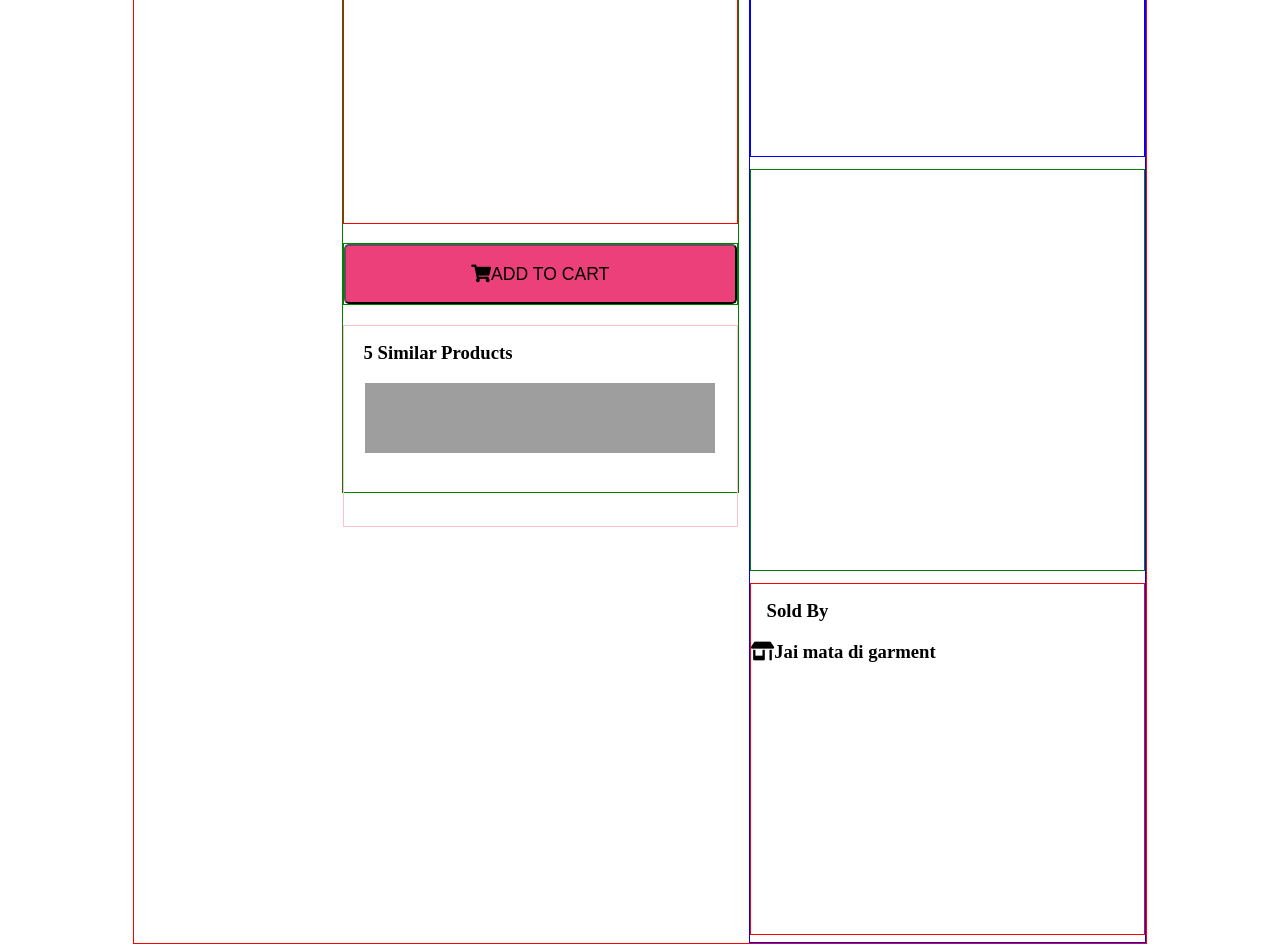
Repository: deepakxxxx/meesho
Page: catelog.html
These files come from the project's save history. The page is drawn as it stood at one moment and after a run of saves; the edit follows.
The browser window is 1280 px wide. The pictures show the part of the page from y = 419 to 1371 px (the page is 1371 px tall).
Pictures or frames that could not be fetched are drawn as grey boxes. A picture or video elsewhere on the page could not be fetched, so the positions and the page height are approximate.

Above is the page before, as saved 2021-11-06 17:42:55.

### catelog.html
<!DOCTYPE html>
<html lang="en">
<head>
    <meta charset="UTF-8">
    <meta http-equiv="X-UA-Compatible" content="IE=edge">
    <meta name="viewport" content="width=device-width, initial-scale=1.0">
    <link rel="stylesheet" href="https://use.fontawesome.com/releases/v5.15.4/css/all.css" integrity="sha384-DyZ88mC6Up2uqS4h/KRgHuoeGwBcD4Ng9SiP4dIRy0EXTlnuz47vAwmeGwVChigm" crossorigin="anonymous">
    <title>Document</title>
</head>
<style>
      #main{
        width: 100%;
        height: 136px;
        border: 1px solid white;
        margin: auto;
        /* position: fixed; */
    }
    #top{
        width: 100%;
        height: 70px;
        /* border: 1px solid red; */
        display: flex;

    }
    #left{
        display: flex;
        width: 55%;
    }
    #meesho{
      text-decoration: none;
      font-size: 50px;
      color: #F06292;
      font-weight: bold;
      margin-left: 25%;
      margin-top: 1%;
      /* margin-right: 0px; */
    }
    #search{
        /* margin-left: 30%; */
        height: 60px;
        width: 400px;
        border-radius: 6px;
        margin-top: 1%;
        /* margin-left: 0px; */
        border: 1px solid #BDBDBD;
        font-size: 90%;
        /* margin-right: 60%; */
    }
    #right{
        display: flex;
        list-style-type: none;
        column-gap: 30px;

    }
    #rightmain{
        width: 45%;
        margin-right: 6%;
        /* margin-top: 9px; */
    }
    #app{
        text-decoration: none;
        margin-left: 10px;
        margin-top: 9px;
        font-size: 103%;
        color: black;
    }
    #supp{
        text-decoration: none;
        margin-top: 9px;
        font-size: 103%;
        color: black;
    }
    #profile{
        text-decoration: none;
        font-size: 103%;
        color: black;
    }
    #cart{
        text-decoration: none;
        font-size: 103%;
        color: black;
    }
    #app:hover{
        color: #EC407A;
        text-decoration: underline;
    }
    #profile:hover{
        color: #EC407A;
        text-decoration: underline;
    }
    .line1{
        height: 30px;
    }
    .line2{
        color: #BDBDBD;
    }
    #heading
    {
        width: 73%;
        margin:  5% auto auto auto ;
        display: grid;
        grid-template-columns: 23% 54% 23%;
        padding: 1%;
        position: sticky;
    }
    #topic{
        margin-top:-15px;
        text-align: center;
    }
    #collection{
        display: flex;
        margin-left: 2%;
        list-style-type: none;
        font-size: 105%;
        column-gap: 63px;

    }
    ul > a{
        text-decoration: none;
        color: black;
    }
    ul > a :hover{
        color: #EC407A;
        /* text-decoration: underline; */
    }
    #container{
        width: 80%;
        border: 1px solid red;
        margin: auto;
        display: flex;
        margin-top: 1%;
        column-gap: 1%;
    }
    #smallImg{
        width: 20%;
        /* border: 1px solid blue; */
        height: 300px;
    }
    #bigImg{
        width: 40%;
        border: 1px solid green;
        height: 750px;
    }
    #descr{
        width: 40%;
        border: 1px solid blue;
        height: 1200px;
    }
    .product_sneek_peek{
        width: 70px;
        height: 70px;
        border: 1px solid red;
        margin-left: 69%;
        border-radius: 5px;
    }
    #imgDi{
        width: 99.5%;
        height: 480px;
        border: 1px solid red;
    }
    #addto{
        width: 99.5%;
        height: 60px;
        border: 1px solid green;
        margin-top: 5%;
    }
    #addto > button{
        width: 100%;
        height: 100%;
        background-color: #EC407A;
        font-size: 110%;
        border-radius: 5px;
    }
    #similar{
        width: 99.5%;
        height: 200px;
        border: 1px solid pink;
        margin-top: 5%;
    }
    #deta{
        width: 99.5%;
        height: 200px;
        border: 1px solid red;
    }
    #sizes{
        width: 99.5%;
        height: 200px;
        border: 1px solid blue;
        margin-top: 3%;
    }
    #infor{
        width: 99.5%;
        height: 400px;
        border: 1px solid green;
        margin-top: 3%;
    }
    #deler{
        width: 99.5%;
        height: 350px;
        border: 1px solid red;
        margin-top: 3%;
    }
    #similar > h3{
        margin-left: 5%;
        margin-top: 4%;
    }
    #simimg{
        display: flex;
        justify-content: center;
    }
    #simimg > img{
        width: 70px;
        height: 70px;
    }
    #deler > h3{
        margin-top: 4%;
        margin-left: 4%;
    }
</style>
<body>
    <div id="main">

        <div id="top">
            <div id="left">
             <span><a href="" id="meesho"><img src="https://cdn.hevodata.com/customer/logo/8c76f62bd88177a78bb6e2810a244446.png" alt="" rel = "icon" width="40%"></span></a>
             <span><input type="search" id="search" placeholder="Try Saree,Kurti or Search by Product Code"> </span>
            </div>
            <div id="rightmain">
                <ul id="right">
                    <div id="app">
                      <li><a href="" id="app"><i class="fas fa-mobile-alt"></i></a><a href="" id="app">Download App</a></li>

                    </div>
                    <hr class="line1">
                    <div id="supp">
                      <li><a href="" id="supp">Become a Supplier</a></li>

                    </div>
                    <hr class="line1">
                    <div>
                       <a href="" id="profile"><i class="far fa-user"></i></a>
                      <li><a href="" id="profile">Profile</a></li>
                    </div>

                    <hr class="line1">
                    <div>
                      <a href="" id="cart"><i class="fas fa-shopping-cart"></i></a>
                      <li><a href="" id="cart">Cart</a></li></li>
                    </div>

                </ul>
            </div>
        </div>

        <hr class="line2">
        <div id="secondLine">
        <ul id="collection">
            <a href="" class="same"><li>Women Ethnic</li></a>

            <a href="" class="same"><li>Women Western</li></a>

            <a href="" class="same"><li>Jewellery & Accessories</li></a>
            <a href="" class="same"><li>Men</li></a>
            <a href="" class="same"><li>Beauty & Health</li></a>
            <a href="" class="same"><li>Bags & Footwear</li></a>
            <a href="" class="same"><li>Home & Kitchen</li></a>
            <a href="" class="same"><li>Kids</li></a>
            <a href="" class="same"><li>Electronics</li></a>
        </ul>
      </div>
      <hr class="line2">
    </div>

    <div id="container">
        <div id="smallImg">
            <div class="product_sneek_peek">

            </div>
        </div>
        <div id="bigImg">
            <div id="imgDi">

            </div>
            <div id="addto">
                <button><i class="fas fa-shopping-cart"></i>ADD TO CART</button>
            </div>
            <div id="similar">
            <h3>5 Similar Products</h3>
            <div id="simimg">
                <img src="https://images.meesho.com/images/products/59272960/fddtp_512.jpg"/>
                <img src="https://images.meesho.com/images/products/59272964/a4l8y_512.jpg"/>
                <img src="https://images.meesho.com/images/products/59272962/azz7k_512.jpg"/>
                <img src="https://images.meesho.com/images/products/59272963/a5qjv_512.jpg"/>
                <img src="https://images.meesho.com/images/products/59272961/mx9tt_512.jpg"/>
            </div>
            </div>
        </div>
        <div id="descr">
            <div id="deta"></div>
            <div id="sizes"></div>
            <div id="infor"></div>
            <div id="deler">
                <h3>Sold By</h3>
                <div>
                    <h3><i class="fas fa-store-alt"></i>Jai mata di garment</h3>
                </div>

            </div>
        </div>
    </div>
</body>
</html>

After the next 2 saves:
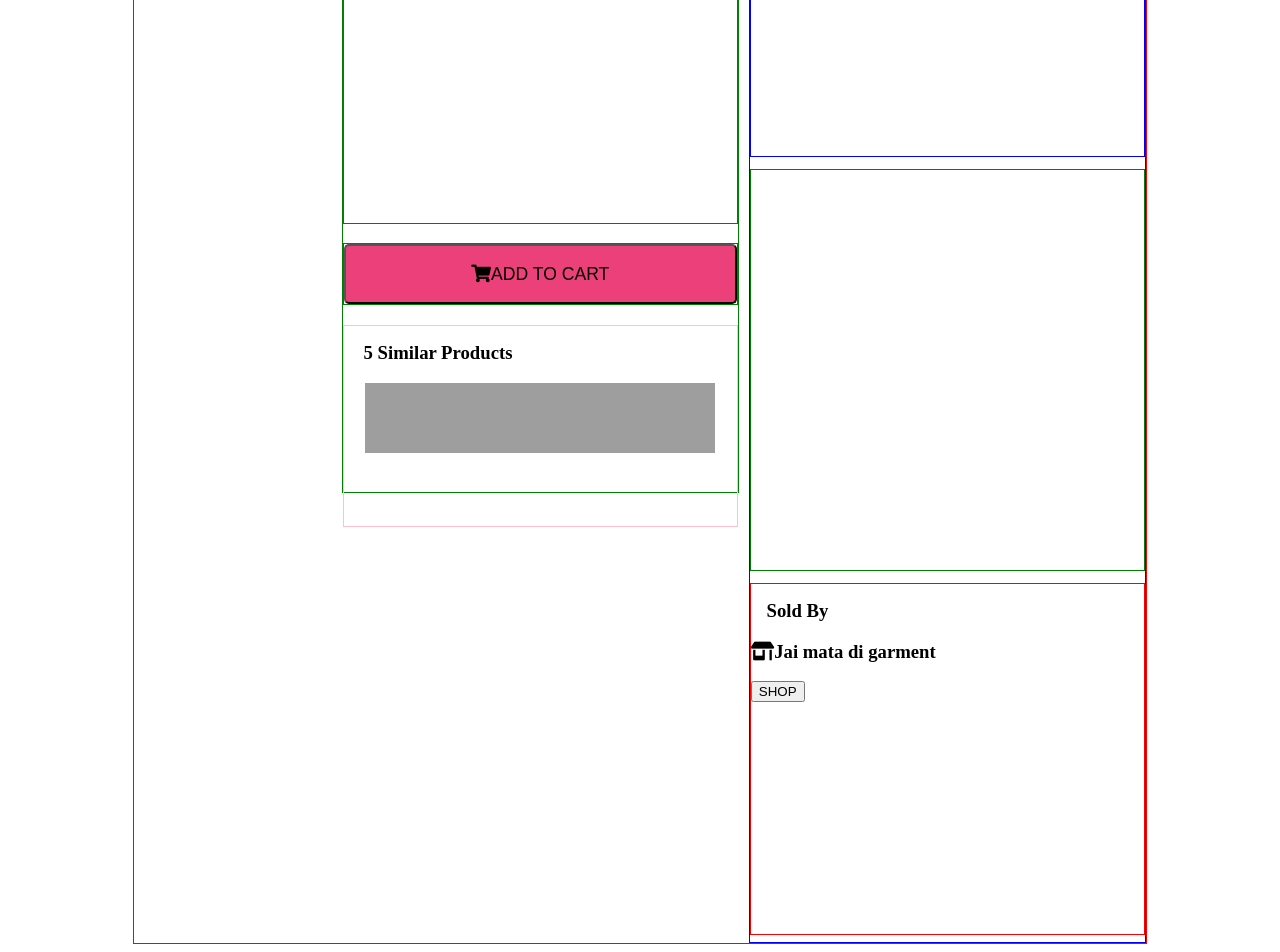
The 2 saves are shown as one change because they came seconds apart.
The last was saved 8 s later.
--- a/catelog.html
+++ b/catelog.html
@@ -303,6 +303,7 @@
                 <h3>Sold By</h3>
                 <div>
                     <h3><i class="fas fa-store-alt"></i>Jai mata di garment</h3>
+                    <button>SHOP</button>
                 </div>
 
             </div>
